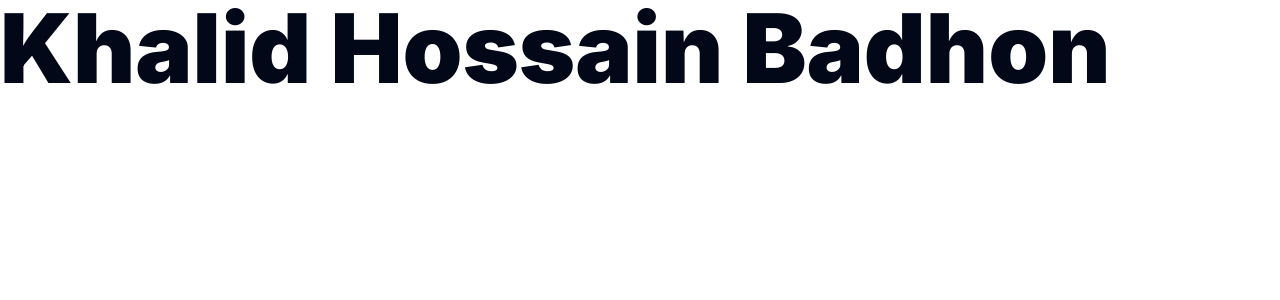
Repository: badhon252/portfolio
Page: /about
These files come from the project's save history. The page is drawn as it stood at one moment and after the next save; the edit follows.
The browser window is 1280 px wide. The pictures show the whole page.
The project was rebuilt for these pictures with package versions that can differ from the ones it lists, and the page was loaded fresh each time. The framework's server and built-in components were replaced by stand-ins that run in the browser. Also part of the build but not shown: next.config.mjs.

Above is the page before, as saved 2024-08-25 16:49:27.

After the next save:
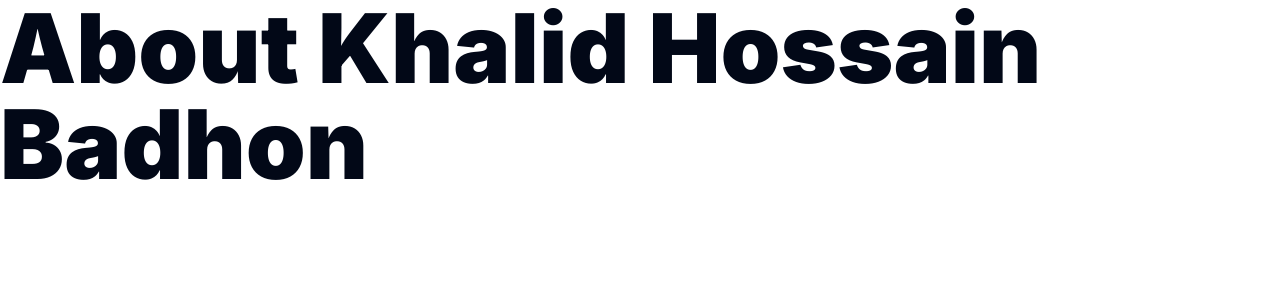
Saved 86 s later.
--- a/app/about/page.tsx
+++ b/app/about/page.tsx
@@ -1,7 +1,7 @@
 export default function HeroSection() {
   return (
     <section>
-      <h1 className="h1 text-8xl font-black">Khalid Hossain Badhon</h1>
+      <h1 className="h1 text-8xl font-black">About Khalid Hossain Badhon</h1>
     </section>
   );
 }
